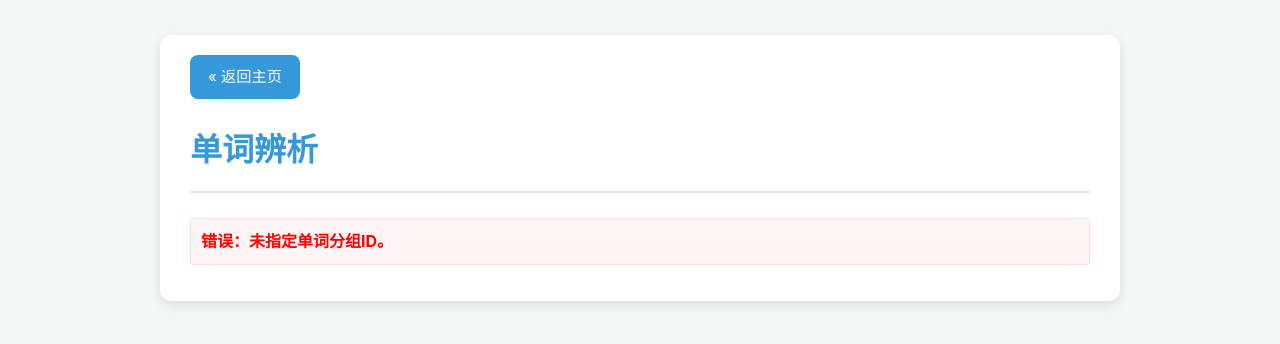
Repository: taiji666/WordLearn
Page: src/templates/discrimination_page.html
These files come from the project's save history. The page is drawn as it stood at one moment and after the next save; the edit follows.
The browser window is 1280 px wide. The pictures show the whole page.

Above is the page before, as saved 2025-05-21 22:08:32.

### src/templates/discrimination_page.html
<!DOCTYPE html>
<html lang="zh-CN">
<head>
    <meta charset="UTF-8">
    <meta name="viewport" content="width=device-width, initial-scale=1.0">
    <title>单词辨析</title>
    <link rel="stylesheet" href="static/style.css"> <style>
        /* 引入更通用的字体，并设置基础字体大小 */
        body {
            font-family: -apple-system, BlinkMacSystemFont, "Segoe UI", Roboto, "Helvetica Neue", Arial, "Noto Sans", sans-serif, "Apple Color Emoji", "Segoe UI Emoji", "Segoe UI Symbol", "Noto Color Emoji";
            line-height: 1.6; /* 增加行高以提高可读性 */
            padding: 15px; /* 调整移动端边距 */
            background-color: var(--page-bg, #f4f7f6); /* 添加一个页面背景色变量，如果未定义则使用默认值 */
            color: var(--primary-text, #333); /* 基础文字颜色 */
        }

        .discrimination-container {
            max-width: 900px;
            margin: 20px auto; /* 调整外边距 */
            background-color: var(--container-bg, #fff);
            padding: 20px 30px; /* 调整内边距 */
            border-radius: var(--border-radius-lg, 12px); /* 增加圆角 */
            box-shadow: var(--box-shadow-medium, 0 4px 12px rgba(0,0,0,0.08)); /* 调整阴影使其更柔和 */
        }

        .discrimination-container h1 {
            color: var(--primary-color, #007bff);
            border-bottom: 2px solid var(--border-color, #eee); /* 加粗底部边框 */
            padding-bottom: 15px;
            margin-top: 0; /* 移除h1的默认顶部外边距，使其更贴近容器顶部 */
            margin-bottom: 25px; /* 增加与下方内容的间距 */
            font-size: 2em; /* 调整标题大小 */
        }

        .discrimination-word {
            margin-bottom: 35px; /* 增加单词条目间的间距 */
            padding-bottom: 25px; /* 增加单词条目内的底部内边距 */
            border-bottom: 1px solid var(--light-bg-accent, #e9ecef);
        }

        .discrimination-word:last-child {
            border-bottom: none;
            margin-bottom: 0;
        }

        .discrimination-word h2 {
            font-size: 1.6em; /* 调整二级标题大小 */
            color: var(--accent-color, #fd7e14);
            margin-top: 0; /* 移除默认顶部外边距 */
            margin-bottom: 12px;
        }

        .discrimination-section-title {
            font-weight: 600; /* 稍微加粗 */
            color: var(--primary-text, #2c3e50);
            margin-top: 20px;
            margin-bottom: 8px;
            font-size: 1.15em; /* 调整小节标题大小 */
        }

        .discrimination-content {
            white-space: pre-wrap;
            padding-left: 0; /* 移除左侧内边距，或根据需要调整 */
            color: var(--secondary-text, #555);
            line-height: 1.75; /* 进一步增加内容行高 */
            font-size: 1em; /* 确保内容字体大小适中 */
        }

        /* 针对辨析详情内的项目进行样式调整 */
        .discrimination-details-container .discrimination-detail-item {
            margin-bottom: 8px; /* 增加辨析项目间距 */
            padding: 8px;
            background-color: var(--light-bg, #f8f9fa); /* 为每个辨析项添加一个浅色背景 */
            border-radius: var(--border-radius-sm, 4px);
        }
        .discrimination-details-container .discrimination-detail-item strong {
            color: var(--primary-color, #007bff); /* 使辨析项的key更突出 */
        }
        /* 如果有 <item> 标签，可以为其添加样式 */
        .discrimination-content item, .discrimination-detail-item item {
            display: inline-block; */ /* 根据需要调整 */
            /* padding: 2px 5px; */
            /* background-color: #e9ecef; */
            /* border-radius: 3px;
            color: var(--text-on-accent-bg, #495057); /* 确保 item 文本颜色与背景对比清晰 */
        }


        .error-message {
            color: var(--danger-color, red); /* 使用变量 */
            font-weight: bold;
            padding: 10px;
            border: 1px solid var(--danger-color-light, #ffdddd);
            background-color: var(--danger-bg-light, #fff5f5);
            border-radius: var(--border-radius-sm, 4px);
        }

        .back-button {
            display: inline-block;
            padding: 10px 18px; /* 调整按钮内边距 */
            background-color: var(--primary-color, #007bff);
            color: white;
            text-decoration: none;
            border-radius: var(--border-radius-md, 6px); /* 调整按钮圆角 */
            margin-bottom: 25px; /* 增加与标题的间距 */
            transition: background-color var(--transition-speed, 0.2s) ease, transform 0.1s ease; /* 添加过渡效果 */
            font-size: 0.95em;
        }

        .back-button:hover {
            background-color: var(--primary-color-darker, #0056b3);
            transform: translateY(-1px); /* 轻微上移效果 */
        }

        /* 响应式设计调整 */
        @media (max-width: 768px) {
            body {
                padding: 10px;
            }
            .discrimination-container {
                padding: 15px 20px; /* 减小容器内边距 */
                margin: 10px auto;
            }
            .discrimination-container h1 {
                font-size: 1.8em; /* 减小标题字体大小 */
                margin-bottom: 20px;
            }
            .discrimination-word h2 {
                font-size: 1.4em; /* 减小二级标题字体大小 */
            }
            .discrimination-section-title {
                font-size: 1.1em;
            }
            .discrimination-content {
                font-size: 0.95em; /* 减小内容字体大小 */
            }
            .back-button {
                padding: 8px 15px;
                font-size: 0.9em;
            }
        }

        @media (max-width: 480px) {
            .discrimination-container {
                padding: 15px;
                border-radius: var(--border-radius-md, 8px); /* 移动端可以减小圆角 */
            }
            .discrimination-container h1 {
                font-size: 1.6em;
            }
            .discrimination-word h2 {
                font-size: 1.3em;
            }
            .discrimination-section-title {
                font-size: 1.05em;
            }
            .discrimination-content {
                font-size: 0.9em;
            }
             /* 使语义分析和辨析中的 item 块在小屏幕上更好堆叠 */
            .discrimination-content .item, .discrimination-detail-item .item {
                display: block; /* 让 item 独占一行，便于阅读 */
                margin-top: 3px;
            }
            .discrimination-details-container .discrimination-detail-item {
                padding: 6px;
            }
        }

    </style>
</head>
<body>
    <div class="discrimination-container">
        <a href="/" class="back-button">&laquo; 返回主页</a>
        <h1 id="discrimination-topic-title">单词辨析</h1>
        <div id="discrimination-content-area">
            <p>正在加载辨析数据...</p>
        </div>
    </div>
    <script src="static/discrimination_script.js"></script>
</body>
</html>

### src/static/style.css
/* :root 定义全局 CSS 变量 */
:root {
    --body-bg: #f4f7f6; /* 更柔和的页面背景色 */
    --container-bg: #ffffff;
    --sidebar-bg: #ffffff;
    --card-bg: #ffffff;

    --primary-text: #2c3e50; /* 主要文字颜色，深蓝灰色 */
    --secondary-text: #7f8c8d; /* 次要文字颜色，灰色 */
    --subtle-text: #95a5a6; /* 更浅的提示性文字 */

    --primary-color: #3498db; /* 主色调，清新的蓝色 */
    --primary-color-darker: #2980b9; /* 主色调的深色版，用于hover等 */
    --accent-color: #2ecc71; /* 强调色，绿色，用于单词等 */
    --accent-color-darker: #27ae60; /* 强调色的深色版 */

    --border-color: #e0e6ed; /* 边框颜色 */
    --light-bg-accent: #ecf0f1; /* 浅色背景强调，如词性背景 */

    --sidebar-width: 280px;
    --font-family-sans-serif: -apple-system, BlinkMacSystemFont, "Segoe UI", Roboto, Helvetica, Arial, sans-serif, "Apple Color Emoji", "Segoe UI Emoji", "Segoe UI Symbol";

    --box-shadow-light: 0 1px 3px rgba(0,0,0,0.05);
    --box-shadow-medium: 0 4px 12px rgba(0,0,0,0.1);
    --border-radius-sm: 4px;
    --border-radius-md: 8px;
    --border-radius-lg: 12px;

    --transition-speed: 0.25s;
}

/* --- 基本样式 --- */
body {
    font-family: var(--font-family-sans-serif);
    margin: 0;
    background-color: var(--body-bg);
    color: var(--primary-text);
    line-height: 1.6;
    position: relative;
    overflow-x: hidden;
}

.container {
    width: 100%;
    min-height: 100vh;
}

/* --- 侧边栏切换按钮 (移动端) --- */
#sidebar-toggle {
    display: block;
    position: fixed;
    top: 15px;
    left: 15px;
    z-index: 1001;
    background-color: var(--primary-color);
    color: white;
    border: none;
    padding: 10px 14px;
    font-size: 1.4em;
    cursor: pointer;
    border-radius: var(--border-radius-md);
    box-shadow: var(--box-shadow-medium);
    transition: background-color var(--transition-speed) ease;
    line-height: 1;
}

#sidebar-toggle:hover {
    background-color: var(--primary-color-darker);
}

/* --- 侧边栏 --- */
.sidebar {
    width: var(--sidebar-width);
    background-color: var(--sidebar-bg);
    padding: 25px 20px;
    height: 100vh;
    overflow-y: auto;
    border-right: 1px solid var(--border-color);
    box-sizing: border-box;
    position: fixed;
    left: 0;
    top: 0;
    transform: translateX(-100%);
    transition: transform var(--transition-speed) ease-in-out;
    z-index: 1000;
}

.sidebar.open {
    transform: translateX(0);
    box-shadow: 5px 0 15px rgba(0,0,0,0.1); /* 移动端打开时给一点阴影 */
}

.sidebar h2 {
    margin-top: 0;
    margin-bottom: 20px;
    font-size: 1.5em;
    color: var(--primary-color);
    padding-bottom: 15px;
    border-bottom: 1px solid var(--border-color);
    font-weight: 600;
}

#group-list, .subgroup-list {
    list-style-type: none;
    padding-left: 0;
}

.collection-item {
    margin-bottom: 12px;
}

.collection-title {
    font-weight: 600;
    font-size: 1.15em;
    color: var(--primary-text);
    display: block;
    margin-bottom: 10px;
    padding: 8px 5px;
    border-radius: var(--border-radius-sm);
    transition: background-color var(--transition-speed) ease, color var(--transition-speed) ease;
}

.collection-title.collapsible {
    cursor: pointer;
    user-select: none;
    position: relative;
    padding-left: 2em;
}

.collection-title.collapsible:hover {
    background-color: var(--light-bg-accent);
}

.collection-title.collapsible::before {
    content: '▶';
    position: absolute;
    left: 10px;
    top: 50%;
    transform: translateY(-50%);
    font-size: 0.8em;
    color: var(--primary-color);
    transition: transform var(--transition-speed) ease;
}

.collection-title.collapsible.expanded::before {
    transform: translateY(-50%) rotate(90deg);
}

.subgroup-list {
    display: none;
    padding-left: 15px;
    margin-top: 5px;
    border-left: 2px solid var(--light-bg-accent);
}

.subgroup-list.expanded {
    display: block;
}

.subgroup-item {
    padding: 10px 15px;
    margin-bottom: 6px;
    border-radius: var(--border-radius-sm);
    font-size: 0.95em;
    color: var(--secondary-text);
    transition: background-color var(--transition-speed) ease, color var(--transition-speed) ease, transform var(--transition-speed) ease;
    position: relative;
}
/* 为ID文本（如果用span包裹）提供样式参考 */
/* .subgroup-item .item-id, .collection-title .item-id {
    font-size: 0.8em;
    color: var(--subtle-text);
    margin-left: 8px;
    font-weight: normal;
} */


.subgroup-item.clickable {
    cursor: pointer;
    background-color: transparent;
    color: var(--primary-text);
}

.subgroup-item.clickable:hover {
    background-color: var(--light-bg-accent);
    color: var(--primary-color-darker);
    transform: translateX(3px);
}

.subgroup-item.clickable.active {
    background-color: var(--primary-color);
    color: white;
    font-weight: 600;
    box-shadow: var(--box-shadow-light);
}

.subgroup-item.clickable.active:hover {
    color: white;
    transform: none;
}


.subgroup-item.non-clickable {
    color: var(--subtle-text);
    padding: 8px 15px;
}

/* --- 内容区域 --- */
.content {
    flex-grow: 1;
    padding: 30px;
    padding-top: 80px;
    overflow-y: auto;
    height: 100vh;
    box-sizing: border-box;
    width: 100%;
}

#selected-group-title {
    margin-top: 0;
    margin-bottom: 25px;
    color: var(--primary-text);
    font-size: 1.8em;
    font-weight: 600;
    padding-bottom: 15px;
    border-bottom: 1px solid var(--border-color);
}

/* --- 单词列表和条目样式 --- */
.word-list {
    list-style-type: none;
    padding: 0;
}

.word-item {
    background-color: var(--card-bg);
    border: none;
    padding: 24px 28px;
    margin-bottom: 24px;
    border-radius: var(--border-radius-lg);
    box-shadow: 0 3px 10px rgba(44, 62, 80, 0.08), 0 0 1px rgba(44, 62, 80, 0.05);
    transition: box-shadow var(--transition-speed) ease;
}

.word-item:hover {
    box-shadow: 0 6px 15px rgba(44, 62, 80, 0.1), 0 0 1px rgba(44, 62, 80, 0.07);
}

.word-header-container {
    cursor: pointer;
    display: flex;
    align-items: baseline;
    margin-bottom: 16px;
}

.word-header-container .english-word {
    font-size: 2em;
    color: var(--primary-text);
    font-weight: 700;
    line-height: 1.2;
    transition: color var(--transition-speed) ease;
}

.word-header-container .english-word.hidden {
    display: none;
}

.word-header-container .reveal-word-prompt {
    font-size: 0.8em;
    color: var(--primary-color);
    text-decoration: none;
    margin-left: 12px;
    background-color: transparent;
    padding: 4px 10px;
    border: 1px solid var(--primary-color);
    border-radius: var(--border-radius-sm);
    transition: background-color var(--transition-speed) ease, color var(--transition-speed) ease;
    font-weight: 500;
    white-space: nowrap;
}

.word-header-container:hover .reveal-word-prompt {
    background-color: var(--primary-color);
    color: white;
}

.word-item p.part-of-speech {
    margin-top: 0;
    margin-bottom: 20px;
    color: var(--secondary-text);
    font-style: italic;
    background-color: var(--light-bg-accent);
    padding: 5px 12px;
    border-radius: var(--border-radius-md);
    display: inline-block;
    font-size: 0.9em;
    font-weight: 500;
}

.word-item .senses-list {
    padding-left: 0;
    margin-top: 0;
    list-style-type: none;
    counter-reset: sense-counter;
}

.word-item .senses-list li {
    padding: 16px 0 16px 3em;
    margin-bottom: 0;
    line-height: 2.7;
    position: relative;
    border-bottom: 1px solid var(--border-color);
    color: var(--primary-text);
    /* font-size: 1.5em; */
}

.word-item .senses-list li:first-child {
    padding-top: 12px;
}
.word-item .senses-list li:last-child {
    border-bottom: none;
    padding-bottom: 0;
}

.word-item .senses-list li::before {
    counter-increment: sense-counter;
    content: counter(sense-counter) ".";
    position: absolute;
    left: 0;
    top: 16px;
    font-weight: 600;
    color: var(--primary-color);
    font-size: 1em;
    width: 2.2em;
    text-align: right;
    padding-right: 0.8em;
}


.word-item .senses-list li strong {
    display: block;
    font-size: 1.8em;
    color: var(--accent-color);
    font-weight: 600;
    margin-bottom: 8px;
    line-height: 1.4;
}
.word-item .senses-list li definition {
    display: block;
    font-size: 1.7em;
    /* color: var(--accent-color); */
    font-weight: 500;
    margin-bottom: 8px;
    line-height: 1.8;
}

#word-display-area > p {
    color: var(--secondary-text);
    font-style: normal;
    padding: 30px;
    background-color: var(--container-bg);
    border-radius: var(--border-radius-md);
    text-align: center;
    border: 1px dashed var(--border-color);
    margin-top: 20px;
    font-size: 1em;
}


/* 新增：单词辨析按钮样式 */
.discrimination-button {
    background-color: var(--accent-color);
    color: white;
    border: none;
    padding: 10px 18px;
    font-size: 0.95em;
    font-weight: 500;
    border-radius: var(--border-radius-md);
    cursor: pointer;
    transition: background-color var(--transition-speed) ease;
    margin-bottom: 20px; /* 与下方单词列表的间距 */
    display: inline-block; /* 确保 margin-bottom 生效 */
}

.discrimination-button:hover {
    background-color: var(--accent-color-darker);
}
/* --- 响应式设计 (桌面端) --- */
@media (min-width: 768px) {
    #sidebar-toggle {
        display: none;
    }

    .container {
        display: flex;
    }

    .sidebar {
        position: static;
        transform: translateX(0);
        height: 100vh;
        box-shadow: 2px 0 10px rgba(0,0,0,0.05); /* 桌面端侧边栏固定阴影 */
        transition: none; /* 移除移动端的 transform 过渡 */
    }
    /* .sidebar.open 的特定移动端阴影在桌面端不再适用，由上面的 .sidebar 样式覆盖 */

    .content {
        padding-top: 30px;
    }
}

/* --- 自定义滚动条 (可选, WebKit内核浏览器) --- */
::-webkit-scrollbar {
    width: 8px;
    height: 8px;
}
::-webkit-scrollbar-track {
    background: var(--light-bg-accent);
    border-radius: 10px;
}
::-webkit-scrollbar-thumb {
    background: #c1c1c1;
    border-radius: 10px;
}
::-webkit-scrollbar-thumb:hover {
    background: #a8a8a8;
}

### src/static/discrimination_script.js
document.addEventListener('DOMContentLoaded', () => {
    const topicTitleElement = document.getElementById('discrimination-topic-title');
    const contentAreaElement = document.getElementById('discrimination-content-area');

    // 1. 从 URL 获取 topicId
    const urlParams = new URLSearchParams(window.location.search);
    const topicId = urlParams.get('topicId');
    console.log('topicId:', topicId); // 调试用，确保获取到了正确的 topicId
    if (!topicId) {
        contentAreaElement.innerHTML = '<p class="error-message">错误：未指定单词分组ID。</p>';
        return;
    }

    // 2. 加载辨析 JSON 数据
    fetch('static/vocabulary_discrimination_data.json') // 确保路径正确
        .then(response => {
            if (!response.ok) {
                throw new Error(`HTTP error! status: ${response.status}`);
            }
            return response.json();
        })
        .then(data => {
            if (!data || !data.vocabulary_collection) {
                throw new Error('辨析数据格式不正确。');
            }

            // 3. 查找对应的辨析数据
            // 假设 topicId (来自主页的 subGroup.id) 是辨析数据中 "topic" 字段的前缀, e.g., "1-1-1" for "1-1-1 人类"
            // const discriminationData = data.vocabulary_collection.find(item =>
            //     item.topic && item.topic.startsWith(topicId)
            // );
              // **重点修改**：增加对 item 和 item.topic 的检查
            const discriminationData = data.vocabulary_collection.find(item => {
                // 确保 item 存在，item.topic 是字符串，然后再调用 startsWith
                return item && typeof item.topic === 'string' && item.topic.startsWith(topicId);
            });
            console.log('discriminationData:', discriminationData); // 调试用，确保找到了正确的数据

            if (discriminationData) {
                topicTitleElement.textContent = `单词辨析: ${discriminationData.topic}`;
                renderDiscriminationData(discriminationData.words.words, contentAreaElement);
            } else {
                contentAreaElement.innerHTML = `<p>未找到ID为 "${topicId}" 的单词分组的辨析信息。</p>`;
                topicTitleElement.textContent = `单词辨析: ${topicId} (未找到)`;
            }
        })
        .catch(error => {
            console.error('加载或处理辨析数据失败:', error);
            contentAreaElement.innerHTML = `<p class="error-message">加载辨析数据失败: ${error.message}</p>`;
        });
});

function renderDiscriminationData(wordsArray, container) {
    container.innerHTML = ''; // 清空加载提示

    if (!wordsArray || wordsArray.length === 0) {
        container.innerHTML = '<p>此主题下暂无单词辨析信息。</p>';
        return;
    }

    wordsArray.forEach(wordData => {
        const wordDiv = document.createElement('div');
        wordDiv.className = 'discrimination-word';

        let htmlContent = `<h2>${wordData.word}</h2>`;
        htmlContent += `<p><span class="discrimination-section-title">主要释义:</span> <span class="discrimination-content">${wordData['主要释义']}</span></p>`; // 使用方括号访问含中文的键

        if (wordData['全面释义'] && wordData['全面释义'].length > 0) {
            htmlContent += `<p class="discrimination-section-title">全面释义:</p><ul class="discrimination-content">`;
            wordData['全面释义'].forEach(s => { htmlContent += `<li>${s}</li>`; });
            htmlContent += `</ul>`;
        }

        htmlContent += `<p class="discrimination-section-title">通俗描述:</p><p class="discrimination-content">${wordData['通俗描述']}</p>`;

        if (wordData['语义分析']) {
            htmlContent += `<p class="discrimination-section-title">语义分析:</p>`;
            htmlContent += `<div class="discrimination-content"><strong>核心意义:</strong> <item>${wordData['语义分析']['核心意义']} </item><br>`;
            htmlContent += `<strong>语境延展:</strong>  <item>${wordData['语义分析']['语境延展']} </item><br>`;
            htmlContent += `<strong>核心意义的体现:</strong>  <item>${wordData['语义分析']['核心意义的体现']} </item></div>`;
        }
         const BIANXI_KNOWN_KEYS = [
          "感情色彩", "词义的细微差别", "使用语境/场合", "语法功能和用法",
          "搭配关系", "词语的强度", "正式程度/语体风格", "具体含义vs.抽象含义",
          "具体指代或强调的侧重点"
        ];
        if (wordData['辨析'] && typeof wordData['辨析'] === 'string') {
        htmlContent += `<p class="discrimination-section-title">辨析:</p>`;
        const discriminationText = wordData['辨析'];
        htmlContent += `<div class="discrimination-content discrimination-details-container">`;

        for (let i = 0; i < BIANXI_KNOWN_KEYS.length; i++) {
            const currentKey = BIANXI_KNOWN_KEYS[i];
            const searchPattern = currentKey + ":"; // 例如："感情色彩:"

            const currentKeyPatternIndex = discriminationText.indexOf(searchPattern);

            if (currentKeyPatternIndex !== -1) {
                // 值从 "currentKey:" 之后开始
                const valueStartIndex = currentKeyPatternIndex + searchPattern.length;
                let valueEndIndex = discriminationText.length; // 默认值的结束位置是整个辨析文本的末尾

                // 寻找下一个已知键在文本中的起始位置，以确定当前键的值的结束边界
                // 遍历所有已知的键，找到在当前键之后出现、并且位置最早的那一个
                for (let j = 0; j < BIANXI_KNOWN_KEYS.length; j++) {
                    // if (j === i) continue; // 不需要跳过当前键，因为我们要找的是文本中实际出现的下一个键模式

                    const potentialTerminatingKey = BIANXI_KNOWN_KEYS[j];
                    const terminatorPattern = potentialTerminatingKey + ":";

                    // 搜索这个结束符模式在文本中的位置
                    // 必须确保这个结束符模式是在当前键模式之后出现的
                    const terminatorIndexInText = discriminationText.indexOf(terminatorPattern, currentKeyPatternIndex + 1);


                    if (terminatorIndexInText !== -1 && terminatorIndexInText > currentKeyPatternIndex) {
                            // 如果找到了一个在当前键模式之后出现的结束符，
                            //并且这个结束符比之前记录的 valueEndIndex 更早，则更新 valueEndIndex
                        if (terminatorIndexInText < valueEndIndex) {
                            valueEndIndex = terminatorIndexInText;
                        }
                    }
                }

                const value = discriminationText.substring(valueStartIndex, valueEndIndex).trim();

                if (value) { // 仅当提取到的值不为空时才显示
                    htmlContent += `<p class="discrimination-detail-item"><strong>${currentKey}:</strong>  <item>${value}</item></p>`;
                }
            }
        }
        htmlContent += `</div>`; // 关闭 discrimination-details-container
        } else if (wordData['辨析']) {
            htmlContent += `<p class="discrimination-section-title">辨析:</p><p class="discrimination-content">${String(wordData['辨析'])}</p>`;
        }
        // htmlContent += `<p class="discrimination-section-title">辨析:</p><p class="discrimination-content">${wordData['辨析']}</p>`;

        wordDiv.innerHTML = htmlContent;
        container.appendChild(wordDiv);
    });
}

After the next save:
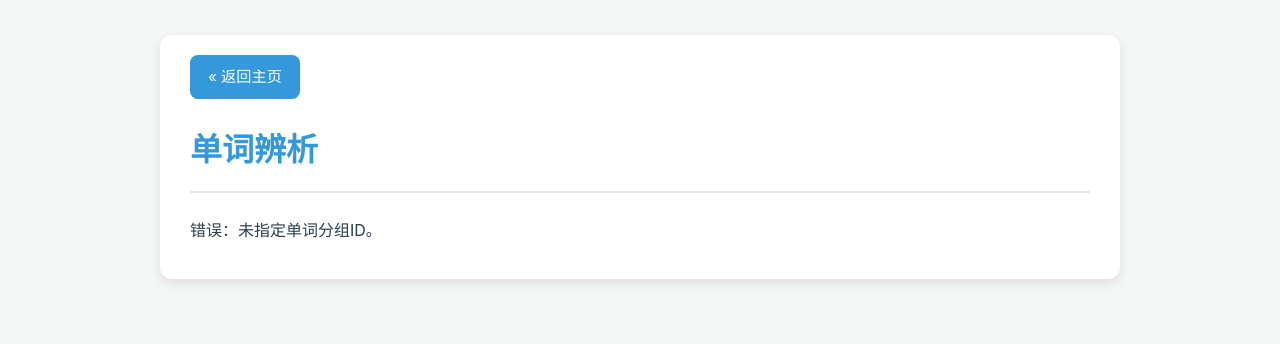
Saved 5 s later.
--- a/src/templates/discrimination_page.html
+++ b/src/templates/discrimination_page.html
@@ -79,10 +79,10 @@
         /* 如果有 <item> 标签，可以为其添加样式 */
         .discrimination-content item, .discrimination-detail-item item {
             display: inline-block; */ /* 根据需要调整 */
-            /* padding: 2px 5px; */
+            padding: 2px 5px; */
             /* background-color: #e9ecef; */
             /* border-radius: 3px;
-            color: var(--text-on-accent-bg, #495057); /* 确保 item 文本颜色与背景对比清晰 */
+            color: var(--text-on-accent-bg, #495057); /* 确保 item 文本颜色与背景对比清晰
         }
 
 
